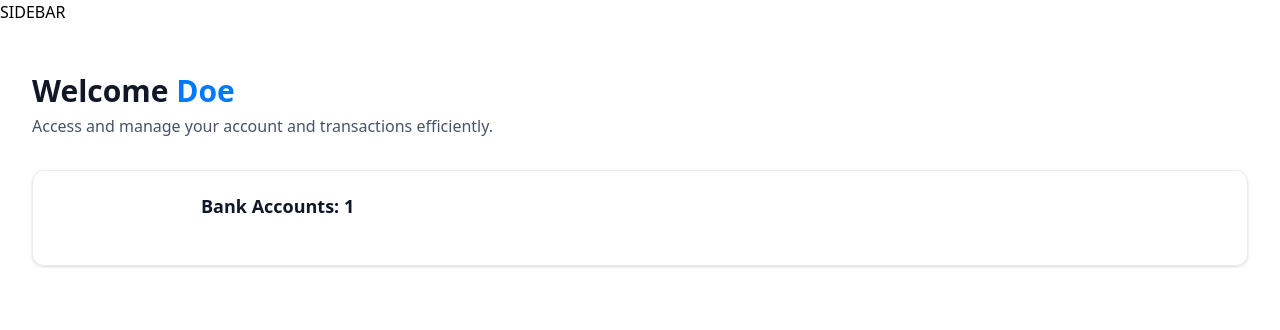
Repository: akinolapo/creditcraze
Page: /
An editor plug-in stored every save of this project. The page is shown before and after the next save, followed by the edit.
The browser window is 1280 px wide. The pictures show the whole page.
The project was rebuilt for these pictures with package versions that can differ from the ones it lists, and the page was loaded fresh each time. The framework's server and built-in components were replaced by stand-ins that run in the browser. Also part of the build but not shown: next.config.mjs.

Above is the page before, as saved 2024-06-26 14:09:00.

### app/layout.tsx
import type { Metadata } from "next";
import { Inter, IBM_Plex_Serif } from "next/font/google";
import "./globals.css";

const inter = Inter({ subsets: ["latin"], variable: '--font-inter' });
const ibmPlexSerif = IBM_Plex_Serif({
  subsets: ['latin'],
  weight: ['400', '700'],
  variable: '--font-ibm-plex-serif'
})

export const metadata: Metadata = {
  title: "CreditCraze",
  description: "CreditCraze is a modern banking platform for everyone.",
  icons: {
    icon: '/icons/logo.svg'
  }
};

export default function RootLayout({
  children,
}: Readonly<{
  children: React.ReactNode;
}>) {
  return (
    <html lang="en">
      <body className={`${inter.variable} ${ibmPlexSerif.variable}`}>{children}</body>
    </html>
  );
}

### app/(root)/page.tsx
import HeaderBox from '@/components/HeaderBox'
import TotalBalanceBox from '@/components/TotalBalanceBox';
import React from 'react'

const Home = () => {
  const loggedIn = { firstName: 'Doe'};
  return (
    <section className="home">
      <div className="home-content">
        <header className="home-header">
          <HeaderBox
            type="greeting"
            title="Welcome"
            user={loggedIn?.firstName || 'Guest'}
            subtext="Access and manage your account and transactions efficiently."
          />

          <TotalBalanceBox
            accounts={[]}
            totalBanks={1}
            totalCurrentBalance={1250.35}
          />

        </header>
      </div>
    </section>
  )
}

export default Home

### components/HeaderBox.tsx
const HeaderBox = ({ type="title", title, subtext, user}: HeaderBoxProps) => {
  return (
    <div className="header-box">
        <h1 className="header-box-title">
            {title}
            {type === 'greeting' && (
                <span className="text-bankGradient">
                    &nbsp;{user}
                </span>
            )}
        </h1>
        <p className="header-box-subtext">{subtext}</p>
    </div>
  )
}

export default HeaderBox

### components/TotalBalanceBox.tsx
import React from 'react'

const TotalBalanceBox = ({
  accounts= [], totalBanks, totalCurrentBalance
}:TotlaBalanceBoxProps) => {
  return (
    <section className="total-balance">
      <div className="total-balance-chart">
        {/* DoughnutChart */}
      </div>
      <div className="flex flex-col gap-6">
        <h2 className="header-2">
          Bank Accounts: {totalBanks}
        </h2>
        <div className="flex flex-col gap-2">
          <p>

          </p>
        </div>
      </div>
    </section>
  )
}

export default TotalBalanceBox

Loaded but not shown: app/(root)/layout.tsx (common file); app/globals.css (common file); tailwind.config.ts (common file)

After the next save:
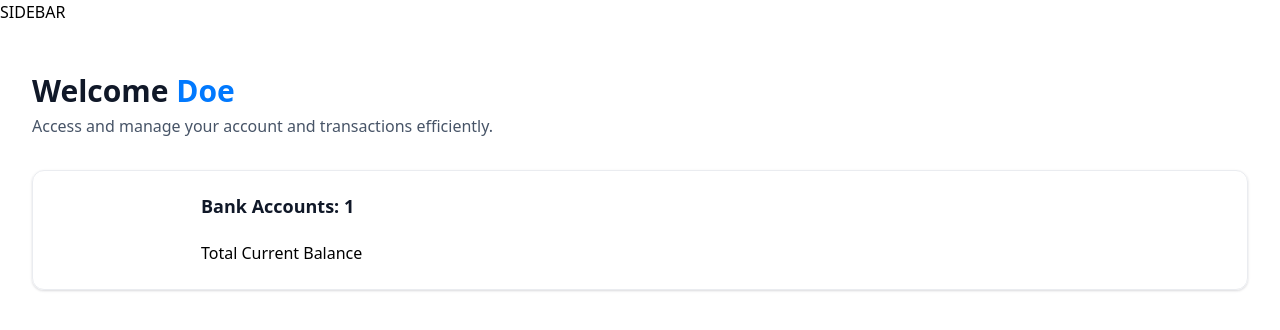
Saved 8 s later.
--- a/components/TotalBalanceBox.tsx
+++ b/components/TotalBalanceBox.tsx
@@ -14,7 +14,7 @@ const TotalBalanceBox = ({
         </h2>
         <div className="flex flex-col gap-2">
           <p>
-
+            Total Current Balance
           </p>
         </div>
       </div>
